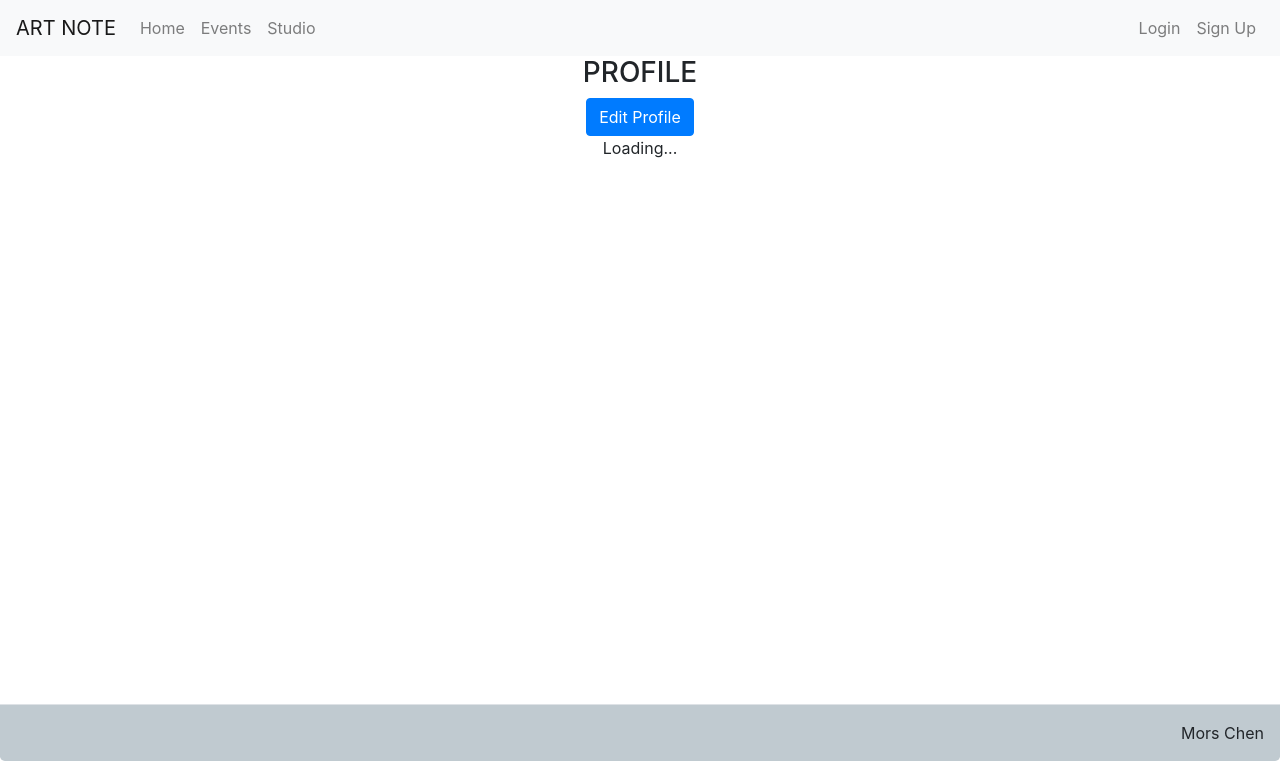
Repository: MorsChen/Final-Client
Page: /profile (app in client-app/)
An editor plug-in stored every save of this project. The page is shown before and after the next save, followed by the edit.
The browser window is 1280 px wide. The pictures show the whole page.
The page's requests for data from a server got no answer. The project was rebuilt for these pictures with package versions that can differ from the ones it lists, and the page was loaded fresh each time. No one was signed in, and anything a server would have sent is missing. Also part of the build but not shown: client-app/src/page/Home.js, client-app/src/page/SignUp.js, client-app/src/page/Login.js.

Above is the page before, as saved 2019-10-01 15:20:19.

### client-app/public/index.html
<!DOCTYPE html>
<html lang="en">
  <head>
    <meta charset="utf-8" />
    <link rel="shortcut icon" href="%PUBLIC_URL%/favicon.ico" />
    <meta name="viewport" content="width=device-width, initial-scale=1" />
    <meta name="theme-color" content="#000000" />
    <meta
      name="description"
      content="Web site created using create-react-app"
    />
    <link rel="apple-touch-icon" href="logo192.png" />
    <link
        rel="stylesheet"
        href="https://maxcdn.bootstrapcdn.com/bootstrap/4.3.1/css/bootstrap.min.css"
        integrity="sha384-ggOyR0iXCbMQv3Xipma34MD+dH/1fQ784/j6cY/iJTQUOhcWr7x9JvoRxT2MZw1T"
        crossorigin="anonymous"
      />
    <!--
      manifest.json provides metadata used when your web app is installed on a
      user's mobile device or desktop. See https://developers.google.com/web/fundamentals/web-app-manifest/
    -->
    <link rel="manifest" href="%PUBLIC_URL%/manifest.json" />
    <!--
      Notice the use of %PUBLIC_URL% in the tags above.
      It will be replaced with the URL of the `public` folder during the build.
      Only files inside the `public` folder can be referenced from the HTML.

      Unlike "/favicon.ico" or "favicon.ico", "%PUBLIC_URL%/favicon.ico" will
      work correctly both with client-side routing and a non-root public URL.
      Learn how to configure a non-root public URL by running `npm run build`.
    -->
    <title>Art Note</title>
  </head>
  <body>
    <noscript>You need to enable JavaScript to run this app.</noscript>
    <div id="root"></div>
    <!--
      This HTML file is a template.
      If you open it directly in the browser, you will see an empty page.

      You can add webfonts, meta tags, or analytics to this file.
      The build step will place the bundled scripts into the <body> tag.

      To begin the development, run `npm start` or `yarn start`.
      To create a production bundle, use `npm run build` or `yarn build`.
    -->
  </body>
</html>

### client-app/src/App.js
import React from "react";
import { BrowserRouter as Router, Route } from "react-router-dom";
import "./App.css";
import 'bootstrap/dist/css/bootstrap.min.css';



import Home from "./page/Home";
import SignUp from "./page/SignUp";
import Login from "./page/Login";
import Logout from "./page/Logout";
import Profile, {EditProfile} from "./page/Profile";
import NavBar from "./static/NavBar";

// const URL = `https://127.0.0.1:5000/`
export default class App extends React.Component {
  constructor(props) {
    super(props);
    const existingToken = localStorage.getItem('token');
    const accessToken = (window.location.search.split("=")[0]==="?api_key") ? window.location.search.split("=")[1] : null;

    if (!accessToken && !existingToken){
        window.location.replace(`localhost:3000/`)
    };

    if (accessToken) {
        localStorage.setItem('token', accessToken);
    };

    this.state = {
      isloading:true,
      events: {},
      blogs: {},
      users: {},
      profiles: {},
      comments: {},
      news: {},
      token: existingToken || accessToken,
      user:{isSignin:false}
    }
  }

  componentDidMount() {
    this.fetchhome()
    this.fetchUser()
  }

  fetchUser= async() =>{
    const a = await fetch('https://127.0.0.1:5000/getuserinfo',{
      headers: {
        "Content-Type": "application/json",
        "Authorization": `Token ${this.state.token}`
      }
    })
    const b = await a.json()
    if (b.status === 200) {
      b.user.isSignin= true;
      b.user.token = this.state.token
      this.setState({isloading:true,user:b.user})
    }
  }

  fetchhome = async()=>{
    const token = this.state.token
    const resp = await fetch(`https://127.0.0.1:5000/userload`, {
            method: "GET",
            headers: ({
                "Content-Type": "application/json",
                "Authorization": `Token ${token}`
                })
            });
    const data = await resp.json()
    console.log("home data",data)
  }

  getToken = (token) => {
    this.setState({token : token})

  }
  // isSignin = () =>{
  //   if (this.state.token !== null){
  //     this.setState({ isSignin : true})
  //   }else {
  //     this.setState({isSignin: false})
  //   }
  //   localStorage.setItem('isSignin', this.isSignin)
  // }

  render() {
    console.log('check state', this.state)
    return (
      <div className="App">
        <Router>
            <NavBar user = {this.state.user} />


          <div className="mag-top">
            <Route path="/" exact component={Home}/>
            <Route path="/events/" exact component={Events} />
            <Route path="/studio/" exact component={Studio} />
            <Route path="/workshop/" component={Workshop} />
            <Route path="/profile/" exact component={ (props) => <Profile {...props} user = {this.state.user} />} />
            <Route path="/profile/edit/" comment ={(props)=> <EditProfile {...props} user = {this.state.user} />}/>
            <Route path="/courses/" component={Courses} />
            {/* <Route path="/learningpaths/" component={LearningPaths} /> */}
            <Route path="/login/" component={ (props) => <Login {...props} getToken = {this.getToken} />}/>
            <Route path="/logout/" component= { (props) => <Logout {...props} token = {this.state.token} />}/>
            <Route path="/register/" component={SignUp} />
            <Route path="/about/" component={About} />
          </div>

          <div className="modal-footer">Mors Chen</div>
        </Router>
      </div>
    );
  }

}

function Events() {
  return <div className="FullContent"> Events </div>;
}

function Studio() {
  return <div className="FullContent"> Studio </div>;
}

function Workshop() {
  return <div className="FullContent"> Workshop </div>;
}

function Courses() {
  return <div className="FullContent"> Courses </div>;
}

// function LearningPaths() {
//   return <div> Learning Paths </div>;
// }

function About() {
  return <div className="FullContent"> ABOUT</div>;
}

// function Logout () {
//   return window.location.replace(`${URL}logout`)
// }

### client-app/src/App.css
.App {
  text-align: center;
}

@import url('https://fonts.googleapis.com/css?family=Exo:700');
@import url('https://fonts.googleapis.com/css?family=Abel');

.App-logo {
  height: 40vmin;
}

.App-header {
  background-color: #282c34;
  min-height: 100vh;
  display: flex;
  flex-direction: column;
  align-items: center;
  justify-content: center;
  font-size: calc(10px + 2vmin);
  color: white;
}

.App-link {
  color: #09d3ac;
}

.slider {
  height: 100vh;
  margin-top: -100px;
}

.navbar {
  position: fixed;
  top: 0;
  width: 100%;
  z-index: 1;
  }

.modal-footer {
  background-color: #607a8a65;
}

.mag-top {
  margin-top: 3.5rem;
}


.flip-card {
  background-color: transparent;
  width: 12rem;
  height: 19rem;
  perspective: 1000px;

}

.flip-card-inner {
  position: relative;
  width: 12rem;
  height: 19rem;
  text-align: center;
  transition: transform 1s;
  transform-style: preserve-3d;
  box-shadow: 0 4px 8px 0 rgba(0,0,0,0.2);
}

.flip-card:hover .flip-card-inner {
  transform: rotateY(180deg);
}

.flip-card-front, .flip-card-back {
  position: absolute;
  width: 12rem;
  height: 19rem;
  backface-visibility: hidden;
}

.flip-card-front {
  background-color: #bbb;
  color: black;
}

.flip-card-back {
  background-color: #524221;
  color: rgb(255, 189, 66);
  transform: rotateY(180deg);
}

.FullContent {
  display: flex;
  width: 100vw;
  height: 90vh;
  text-align: center;
  align-items: center;
  flex-direction: column;
  margin-top: 2rem;
}

.form-content {
  display: flex;
  width: 80%;
  margin-top: 2rem;
  flex-direction: column;
  justify-content: space-between;
  padding: 1rem;
}

.content {
  display: flex;
  width: 100%;
  height: auto;
  justify-content: center;
}
.card-content {
  display: flex;
  width: 80%;
  margin-top: 2rem;
  flex-direction: row-reverse;
  justify-content: space-between;
  padding: 1rem;
}

.test-div{
  display: flex;
  width: 100%;
  margin-top: 20rem;
  /* height: 500px; */
  color: black;
}



/* Stop------ */
.card-tab {
  background-color: #4201010e;
  width: 100vw;
  height: auto;
  -webkit-transform: perspective(900px);
  transform: perspective(900px);
  -webkit-transform-style: preserve-3d;
  transform-style: preserve-3d;
  text-align:center;
}

.card-font {
  font-family: 'Abel', sans-serif;
  color: white;
  text-align:center;
  font-size:12px;
  text-align: center;
  transform: translatex(12px);
}

.text-h3-card {
  font-size:25px;
  font-family: 'Abel', sans-serif;
  color:rgb(255,255,255);
  text-shadow: 0 0 2px rgb(255,255,255);
  transform: translatey(10px);
}

.card1 {
  text-align:center;
  width: 10em;
  height: 350px;
  margin: 1rem;
  background: linear-gradient(rgb(225,150,58),rgb(227,144,91));
  transition:.6s;

  transform: rotatex(75deg) translatey(-200px) translatez(-100px);
  box-shadow: 0px 20px 60px rgba(0,0,0, 0.5);
}
.card1:hover{
  transform: rotatex(0deg);
  transition:.6s;
  box-shadow: 0px 0px 20px rgba(0, 0, 0, 0.3);
}
.card1 img{
  transform: translateY(1rem);
  width: 10em;
  height:120px;
}

.card2 {
  text-align:center;
  width: 10rem;
  height: 350px;
  margin: 1rem;
  background: linear-gradient(rgb(93,94,170),rgb(93,66,103));
  animation: animate 1s linear infinite;
  transition:.6s;

  transform: rotatex(75deg) translatey(-200px) translatez(-100px);
  box-shadow: 0px 20px 60px rgba(0, 0, 0, 0.5);
}
.card2:hover{
  transform: rotatex(0deg);
  transition:.6s;
  box-shadow: 0px 0px 20px rgba(0, 0, 0, 0.3);
}
.card2 img{
  transform: translateY(1rem);
  width: 10em;
  height:150px;
}
.card3 {
  text-align:center;
  width: 10em;
  height: 350px;
  margin: 1rem;
  background: linear-gradient(#ff5252, #b33939);
  transition:.6s;

  transform: rotatex(75deg) translatey(-200px) translatez(-100px);
  box-shadow: 0px 20px 60px rgba(0, 0, 0, 0.5);
}
.card3:hover{
  transform: rotatex(0deg);
  transition:.6s;
  box-shadow: 0px 0px 20px rgba(0, 0, 0, 0.3);
}
.card3 img{
  transform: translateY(1rem);
  width: 10em;
  height:120px;
}

### client-app/src/page/Logout.js
import React from "react";

const URL = `https://127.0.0.1:5000/`

export default class Logout extends React.Component {
    constructor(props){
        super(props)
        this.state = {...props}
        console.log('check props', this.state)

    }

    componentDidMount(){
        this.deltoken()
    }
    deltoken = async () => {
        console.log('check token inside', this.state.token)
        console.log('check URL', `${URL}logout`)
        const response = await fetch(`${URL}logout`, {
        method: 'GET',
        headers: {
            'Accept': 'application/json',
            'Content-Type': 'application/json',
            'Authorization': `Token ${this.state.token}`
        }
        })
        const status = await response.json()
        console.log('STATUS',status.status)
        if (status.status === 200) {
            localStorage.clear('token')
            this.setState({ token: null })
            return window.location.replace(`http://localhost:3000/`);}
            else {return alert('something wrong')}
    }
    sendToken=(token)=>{
        this.props.getToken({token: token})
    }

    render (){

        return [

        ]
    }
}

### client-app/src/page/Profile.js
import React, {Component} from "react";
import { Button } from "react-bootstrap";
class Profile extends Component {
    constructor(props) {
        super(props);
        this.state = {...props, isLoaded : false, isUserinfo: true};
        console.log("check props Profile", this.state)
      }
    componentDidMount(){
        this.getprofile()
    }

    getprofile = async() => {
        const token = this.state.user.token
        const resp = await fetch(`https://127.0.0.1:5000/users/profile`, {
            method: "GET",
            headers: ({
                "Content-Type": "application/json",
                "Authorization": `Token ${token}`
                })
            });
        const data = await resp.json()
        console.log ("check data from login", data)
        if (data.status = 200){
            if (data.user === null){
                this.setState({isUserinfo: false})}
            else{this.setState({ userinfo: {
                id: data.user.id,
                username: data.user.username,
                firstname: data.user.firstname,
                lastname: data.user.lastname,
                email: data.user.email,
                address: data.user.address,
                birthday: data.user.birthday,
                city: data.user.city,
                state: data.user.state,
                zipcode: data.user.zipcode,
                phone: data.user.phone,
            },
                isLoaded: true,
            });}
        }
    }
    render(){
        console.log('check state 42' , this.state)
        return [
            <div className="FullContent">
                <h3>PROFILE</h3>
                <button className="btn btn-primary">Edit Profile</button>
                {this.state.isUserinfo ? <> {this.state.isLoaded ? <> <p>User Name : {this.state.userinfo.username}</p>
                <p>Full Name: {this.state.userinfo.firstname} {this.state.userinfo.lastname}</p>
                <p>Birthday: {this.state.userinfo.birthday}</p>
                <p>Email : {this.state.userinfo.email}</p>
                <p>Phone: {this.state.userinfo.phone}</p>
                <p>Address: {this.state.userinfo.address}, district {this.state.userinfo.state}, {this.state.userinfo.city} city</p>
                <p>Zipcode : {this.state.userinfo.zipcode}</p> </> : <div>Loading...</div>} </> : <></>}


            </div>
        ]
    }
}

class EditProfile extends React.Component {
    render(){
        return (
            <div> Edit Profile</div>
        )
    }
}

export default Profile
export {EditProfile}

### client-app/src/static/NavBar.js
import React from "react";
import { Link } from "react-router-dom";
import { Navbar, Nav} from "react-bootstrap";


export default class NavBar extends React.Component {


  render () {
    console.log('check pass user', this.props.user)
      return [
          <Navbar bg="light" expand="lg">
          <Link class="navbar-brand" to="/">ART NOTE</Link>
            <Navbar.Toggle aria-controls="basic-navbar-nav" />
            <Navbar.Collapse id="basic-navbar-nav">
              <Nav className="mr-auto">
                <Link class="nav-link" to="/">
                    Home
                  </Link>
                  <Link class="nav-link" to="/events/">
                    Events
                  </Link>
                  <Link class="nav-link" to="/studio/">
                    Studio
                  </Link>
                  {this.props.user.isSignin ? <>
                    <Link class="nav-link" to="/workshop/">
                    WorkShop
                    </Link>
                    <Link class="nav-link" to="/courses/">
                      Courses
                    </Link>
                    <Link class="nav-link" to="/profile/">
                      Profile
                    </Link>
                    <Link class="nav-link" to="/about/">
                      About
                    </Link>
                    </> : <>
                      </>}

                {/* <NavDropdown title="Dropdown" id="basic-nav-dropdown">
                  <NavDropdown.Item href="#action/3.1">Action</NavDropdown.Item>
                  <NavDropdown.Item href="#action/3.2">Another action</NavDropdown.Item>
                  <NavDropdown.Item href="#action/3.3">Something</NavDropdown.Item>
                  <NavDropdown.Divider />
                  <NavDropdown.Item href="#action/3.4">Separated link</NavDropdown.Item>
                </NavDropdown> */}
              </Nav>
              <Nav className="mr-0">
                  {this.props.user.isSignin ? <><Link class="nav-link" to="/logout">Logout</Link>
                  </> : <>
                      <Link class="nav-link" to="/login">Login</Link>
                      <Link class="nav-link" to="/register">Sign Up</Link></>}
              </Nav>
            </Navbar.Collapse>
          </Navbar>

      ]
  }
}

Loaded but not shown: client-app/src/index.js (common file); client-app/src/index.css (common file); client-app/src/serviceWorker.js (common file)

After the next save:
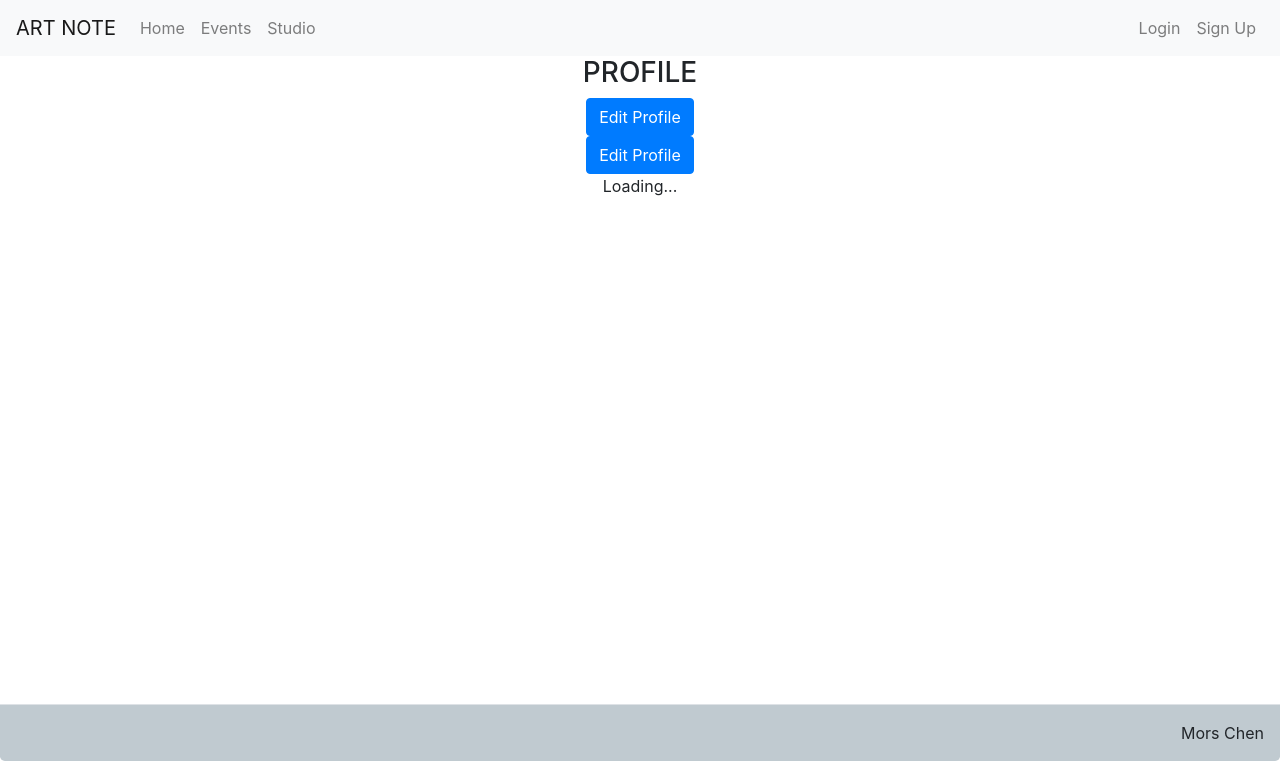
Saved 10 min 48 s later.
--- a/client-app/src/page/Profile.js
+++ b/client-app/src/page/Profile.js
@@ -46,7 +46,11 @@
         return [
             <div className="FullContent">
                 <h3>PROFILE</h3>
-                <button className="btn btn-primary">Edit Profile</button>
+                <button className="btn btn-primary" onClick={()=> window.location.replace(`http://localhost:3000/profile/edit`)}>Edit Profile</button>
+                {this.state.isUserinfo ? <><button className="btn btn-primary" onClick={()=> window.location.replace(`http://localhost:3000/profile/edit`)}>Edit Profile</button></> :
+                <><button className="btn btn-primary" onClick={()=> window.location.replace(`http://localhost:3000/profile/edit`)}>Create Profile</button>
+                </>}
+
                 {this.state.isUserinfo ? <> {this.state.isLoaded ? <> <p>User Name : {this.state.userinfo.username}</p>
                 <p>Full Name: {this.state.userinfo.firstname} {this.state.userinfo.lastname}</p>
                 <p>Birthday: {this.state.userinfo.birthday}</p>

After the save that followed:
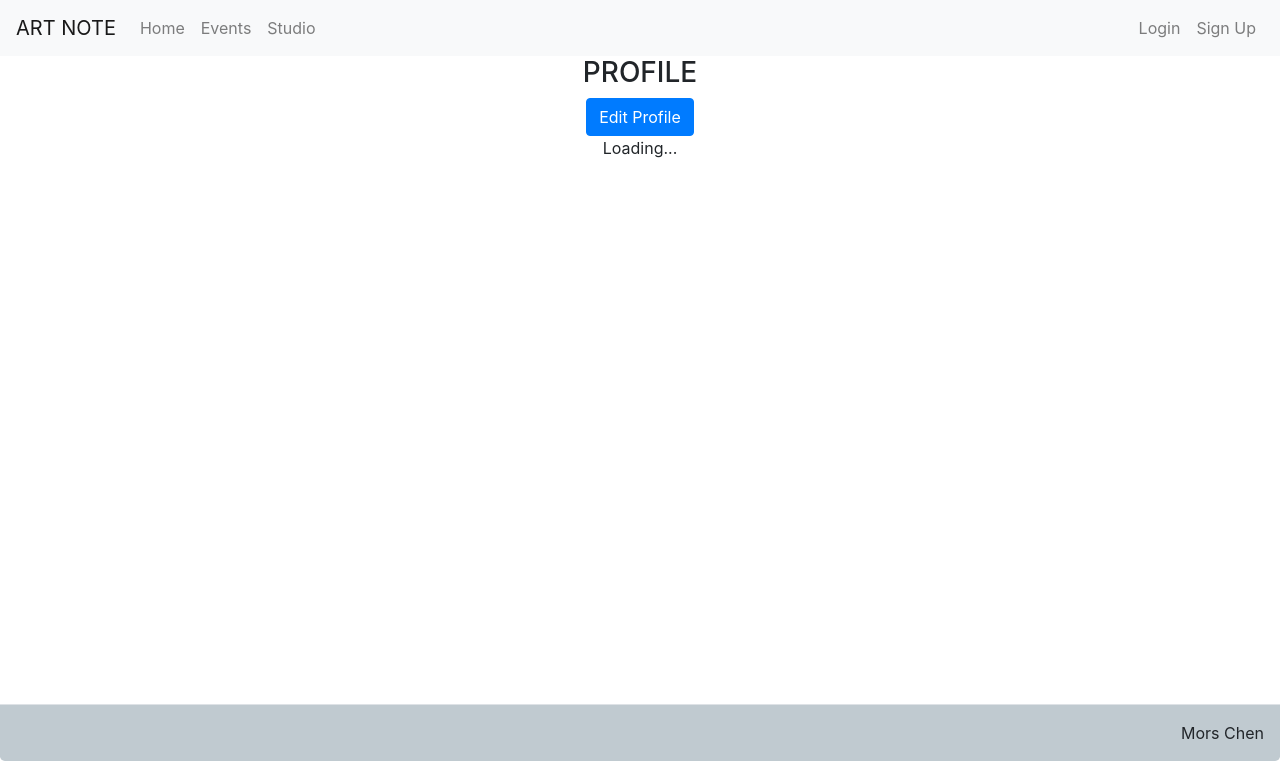
Saved 11 s later.
--- a/client-app/src/page/Profile.js
+++ b/client-app/src/page/Profile.js
@@ -46,7 +46,6 @@
         return [
             <div className="FullContent">
                 <h3>PROFILE</h3>
-                <button className="btn btn-primary" onClick={()=> window.location.replace(`http://localhost:3000/profile/edit`)}>Edit Profile</button>
                 {this.state.isUserinfo ? <><button className="btn btn-primary" onClick={()=> window.location.replace(`http://localhost:3000/profile/edit`)}>Edit Profile</button></> :
                 <><button className="btn btn-primary" onClick={()=> window.location.replace(`http://localhost:3000/profile/edit`)}>Create Profile</button>
                 </>}
